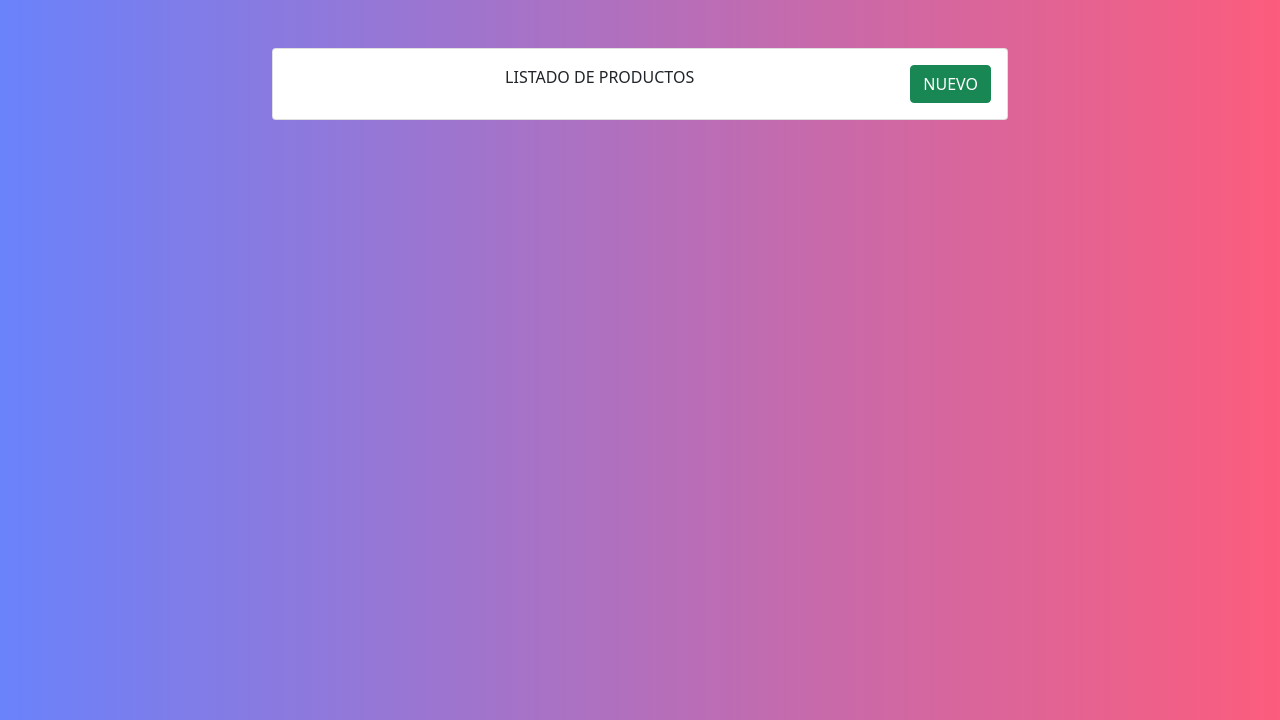
Repository: vivianaleivagalvez/crud_angular
Page: /
An editor plug-in stored every save of this project. The page is shown before and after the next save, followed by the edit.
The browser window is 1280 px wide. The pictures show the whole page.
The project was rebuilt for these pictures with package versions that can differ from the ones it lists, and the page was loaded fresh each time. Also part of the build but not shown: angular.json, src/app/components/crear-producto/crear-producto.component.ts.

Above is the page before, as saved 2022-01-27 00:00:20.

After the next save:
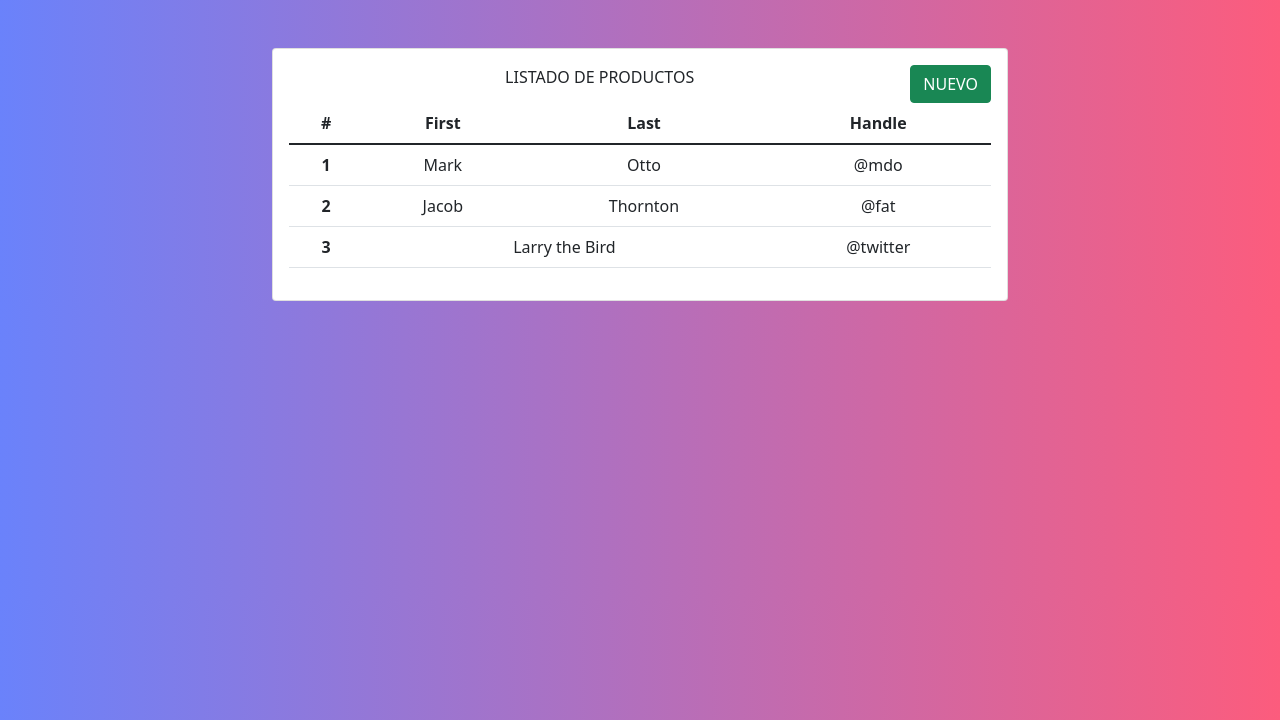
Saved 5 min 18 s later.
--- a/src/app/components/listar-productos/listar-productos.component.html
+++ b/src/app/components/listar-productos/listar-productos.component.html
@@ -5,6 +5,35 @@
         <div class="card-body text-center">
           <span>LISTADO DE PRODUCTOS</span>
           <button class="btn btn-success float-end">NUEVO</button>
+          <table class="table">
+            <thead>
+              <tr>
+                <th scope="col">#</th>
+                <th scope="col">First</th>
+                <th scope="col">Last</th>
+                <th scope="col">Handle</th>
+              </tr>
+            </thead>
+            <tbody>
+              <tr>
+                <th scope="row">1</th>
+                <td>Mark</td>
+                <td>Otto</td>
+                <td>@mdo</td>
+              </tr>
+              <tr>
+                <th scope="row">2</th>
+                <td>Jacob</td>
+                <td>Thornton</td>
+                <td>@fat</td>
+              </tr>
+              <tr>
+                <th scope="row">3</th>
+                <td colspan="2">Larry the Bird</td>
+                <td>@twitter</td>
+              </tr>
+            </tbody>
+          </table>
         </div>
       </div>
     </div>
